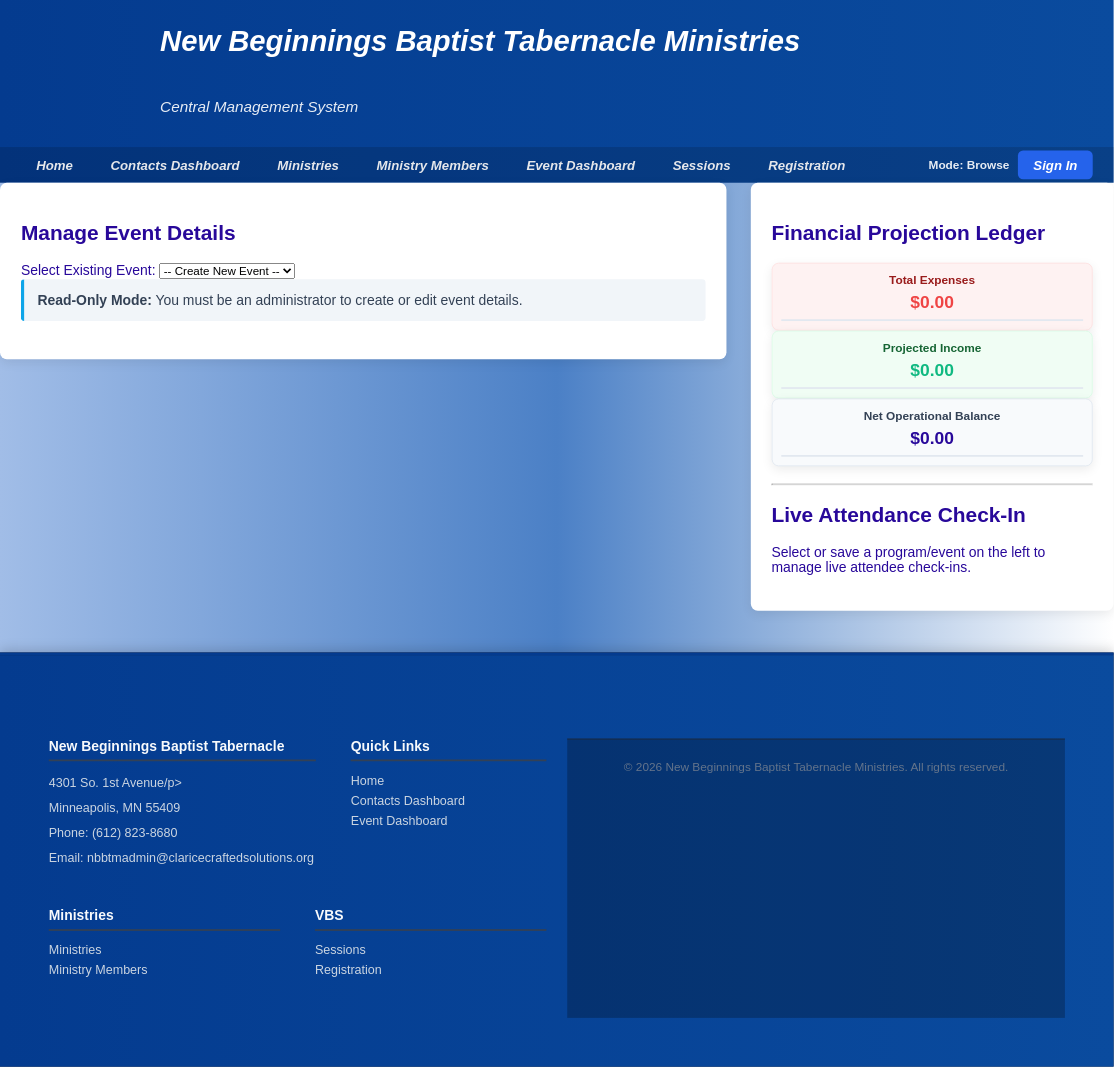
Repository: scherron56/nbbtm-central-cms
Page: http://localhost/events.php
The author's editor kept a copy of each file at every save. The page is drawn from the files as they stood at one save, then again after the next save.
The browser window is 1280 px wide. The pictures show the whole page, at 87% of full size.
Some web fonts or font styles are not loaded; a fallback is used. The page is run by PHP 8.4 with error messages shown; the project is at /var/www/html/. Queries for data that is not in the repository find no rows.

Above is the page before, as saved 2026-08-19 11:38:19.

### include/footer.php
<?php
// footer.php
require_once __DIR__ . '/auth.php';

$currentPage = basename($_SERVER['PHP_SELF']);
$currentYear = date('Y');
?>
<footer class="site-footer">
  <div class="footer-container">

    <!-- Top Row: Church Information & Navigation Columns Spanning Page -->
    <div class="footer-grid">

      <!-- Church Address & Info Column -->
      <div class="footer-col church-info-col">
        <h4>New Beginnings Baptist Tabernacle</h4>
        <address class="church-address">
          <p>4301 So. 1st Avenue/p>
          <p>Minneapolis, MN 55409</p>
          <p>Phone: (612) 823-8680</p>
          <p>Email: nbbtmadmin@claricecraftedsolutions.org</p>
        </address>
      </div>

      <?php if (isAdmin()): ?>
        <!-- Full Admin Navigation Columns -->
        <div class="footer-col">
          <h4>Navigation</h4>
          <ul>
            <li><a href="index.php" class="<?= in_array($currentPage, ['index.php', 'index1.php']) ? 'active' : '' ?>">Home</a></li>
            <li><a href="contacts.php" class="<?= ($currentPage === 'contacts.php') ? 'active' : '' ?>">New/Update Contacts</a></li>
            <li><a href="contact_dashboard.php" class="<?= ($currentPage === 'contact_dashboard.php') ? 'active' : '' ?>">Contact Dashboard</a></li>
          </ul>
        </div>

        <div class="footer-col">
          <h4>Ministries & Programs</h4>
          <ul>
            <li><a href="ministry_manager.php" class="<?= ($currentPage === 'ministry_manager.php') ? 'active' : '' ?>">Ministries</a></li>
            <li><a href="ministry_members.php" class="<?= ($currentPage === 'ministry_members.php') ? 'active' : '' ?>">Ministry Members</a></li>
            <li><a href="events.php" class="<?= ($currentPage === 'events.php') ? 'active' : '' ?>">Program / Event Updates</a></li>
            <li><a href="event_dashboard.php" class="<?= ($currentPage === 'event_dashboard.php') ? 'active' : '' ?>">Event Dashboard</a></li>
            <li><a href="event_registration.php" class="<?= ($currentPage === 'event_registration.php') ? 'active' : '' ?>">Event Registration</a></li>
            <li><a href="event_checkin.php" class="<?= ($currentPage === 'event_checkin.php') ? 'active' : '' ?>">Event Check-in</a></li>
          </ul>
        </div>

        <div class="footer-col">
          <h4>VBS</h4>
          <ul>
            <li><a href="vbs_sessions.php" class="<?= ($currentPage === 'vbs_sessions.php') ? 'active' : '' ?>">Sessions</a></li>
            <li><a href="vbs_roster.php" class="<?= ($currentPage === 'vbs_roster.php') ? 'active' : '' ?>">Registration</a></li>
            <li><a href="vbs_attendance.php" class="<?= ($currentPage === 'vbs_attendance.php') ? 'active' : '' ?>">Attendance</a></li>
          </ul>
        </div>

        <div class="footer-col admin-col">
          <h4>Admin</h4>

          <span class="footer-subheading">Emails</span>
          <ul>
            <li><a href="admin_mailer.php" class="<?= ($currentPage === 'admin_mailer.php') ? 'active' : '' ?>">Send Email(s) - Contacts</a></li>
            <li><a href="ministry_mailer.php" class="<?= ($currentPage === 'ministry_mailer.php') ? 'active' : '' ?>">Send Email(s) - Ministries & Committees</a></li>
          </ul>

          <span class="footer-subheading">Reports</span>
          <ul>
            <li><a href="reports.php" class="<?= ($currentPage === 'reports.php') ? 'active' : '' ?>">General Reports</a></li>
          </ul>

          <ul>
            <li><a href="user_management.php" class="<?= ($currentPage === 'user_management.php') ? 'active' : '' ?>">👥 User Management</a></li>
          </ul>
        </div>

      <?php else: ?>
        <!-- Non-Admin Navigation Columns -->
        <div class="footer-col">
          <h4>Quick Links</h4>
          <ul>
            <li><a href="index.php" class="<?= in_array($currentPage, ['index.php', 'index1.php']) ? 'active' : '' ?>">Home</a></li>
            <li><a href="contact_dashboard.php" class="<?= ($currentPage === 'contact_dashboard.php') ? 'active' : '' ?>">Contacts Dashboard</a></li>
            <li><a href="event_dashboard.php" class="<?= ($currentPage === 'event_dashboard.php') ? 'active' : '' ?>">Event Dashboard</a></li>
          </ul>
        </div>

        <div class="footer-col">
          <h4>Ministries</h4>
          <ul>
            <li><a href="ministry_manager.php" class="<?= ($currentPage === 'ministry_manager.php') ? 'active' : '' ?>">Ministries</a></li>
            <li><a href="ministry_members.php" class="<?= ($currentPage === 'ministry_members.php') ? 'active' : '' ?>">Ministry Members</a></li>
          </ul>
        </div>

        <div class="footer-col">
          <h4>VBS</h4>
          <ul>
            <li><a href="vbs_sessions.php" class="<?= ($currentPage === 'vbs_sessions.php') ? 'active' : '' ?>">Sessions</a></li>
            <li><a href="vbs_roster.php" class="<?= ($currentPage === 'vbs_roster.php') ? 'active' : '' ?>">Registration</a></li>
          </ul>
        </div>
      <?php endif; ?>

    </div>

    <!-- Bottom Copyright -->
    <div class="footer-bottom">
      <p>&copy; <?= $currentYear ?> New Beginnings Baptist Tabernacle Ministries. All rights reserved.</p>
    </div>

  </div>
</footer>

<style>
.site-footer {
  background-color: #0f172a;
  color: #94a3b8;
  padding: 3rem 2rem 1.5rem 2rem;
  margin-top: 3rem;
  border-top: 3px solid #043b8f;
  font-size: 0.9rem;
  width: 100%;
  box-sizing: border-box;
}

.footer-container {
  max-width: 1400px;
  width: 100%;
  margin: 0 auto;
}

.footer-grid {
  display: flex;
  justify-content: space-between;
  align-items: flex-start;
  flex-wrap: wrap;
  gap: 2.5rem;
  margin-bottom: 2.5rem;
}

.footer-col {
  flex: 1 1 180px;
  min-width: 160px;
}

.church-info-col {
  flex: 1.5 1 240px;
  min-width: 220px;
}

.footer-col h4 {
  color: #f8fafc;
  font-size: 1rem;
  margin-top: 0;
  margin-bottom: 0.85rem;
  border-bottom: 2px solid #334155;
  padding-bottom: 0.4rem;
}

.church-address {
  font-style: normal;
  line-height: 1.6;
  color: #cbd5e1;
}

.church-address p {
  margin: 0 0 0.35rem 0;
}

.footer-subheading {
  display: block;
  font-size: 0.8rem;
  text-transform: uppercase;
  letter-spacing: 0.05em;
  color: #f59e0b;
  font-weight: 600;
  margin-top: 0.85rem;
  margin-bottom: 0.3rem;
}

.footer-col ul {
  list-style: none;
  padding: 0;
  margin: 0 0 0.5rem 0;
}

.footer-col ul li {
  margin-bottom: 0.45rem;
}

.footer-col ul li a {
  color: #cbd5e1;
  text-decoration: none;
  transition: color 0.2s ease;
}

.footer-col ul li a:hover,
.footer-col ul li a.active {
  color: #60a5fa;
}

.footer-bottom {
  text-align: center;
  border-top: 1px solid #1e293b;
  padding-top: 1.5rem;
  font-size: 0.85rem;
  color: #64748b;
  width: 100%;
}
</style>

Loaded but not shown: assets/img/nbbtm-logo-white.svg (1 lines, source omitted); include/header.php (409 lines, source omitted); css/style.css (925 lines, source omitted); prg_event_api.php (324 lines, source omitted); include/auth.php (224 lines, source omitted); config/db.php (42 lines, source omitted); events.php (727 lines, source omitted)

After the next save:
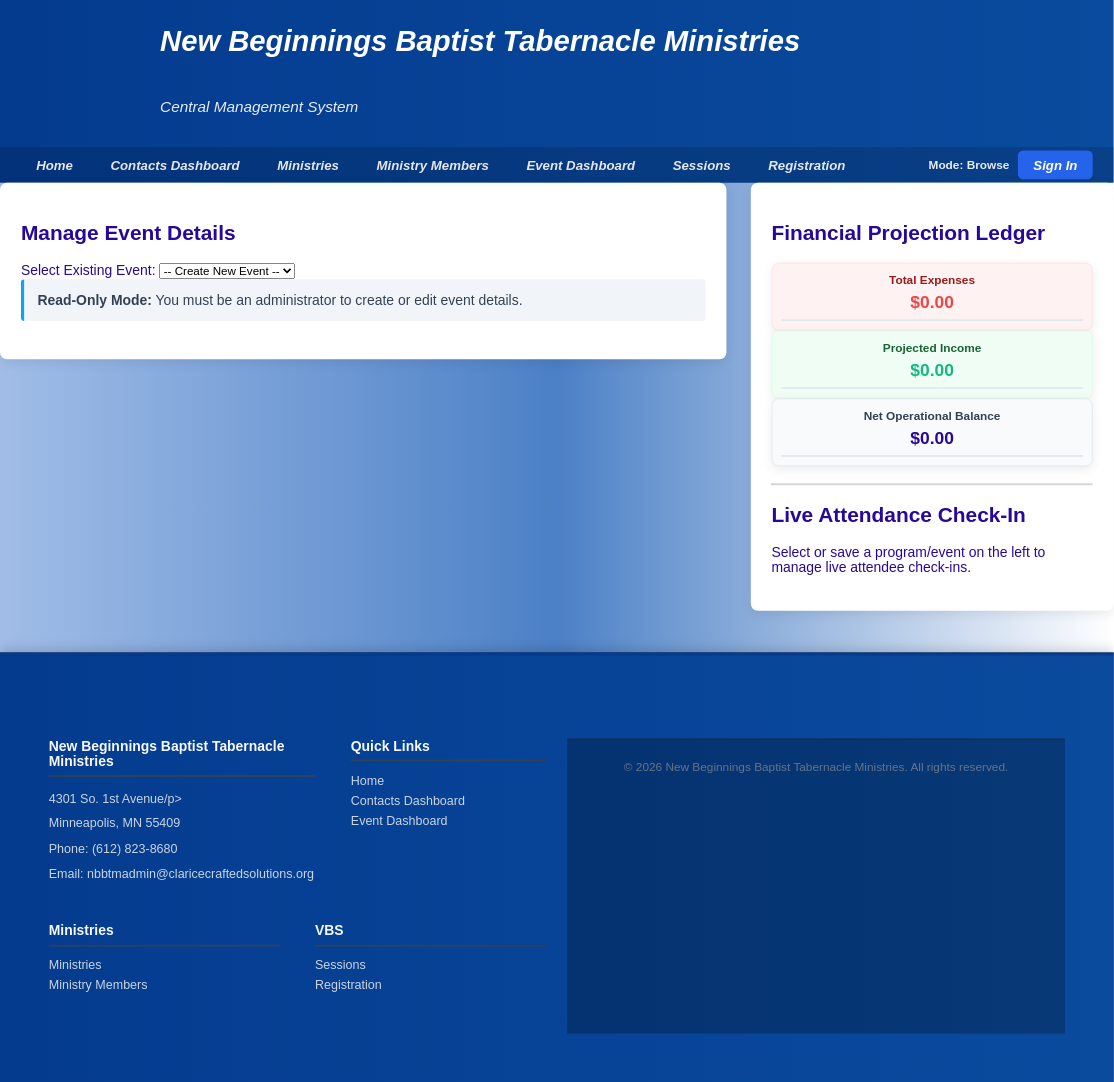
Saved 7 s later.
--- a/include/footer.php
+++ b/include/footer.php
@@ -13,7 +13,7 @@ $currentYear = date('Y');
 
       <!-- Church Address & Info Column -->
       <div class="footer-col church-info-col">
-        <h4>New Beginnings Baptist Tabernacle</h4>
+        <h4>New Beginnings Baptist Tabernacle Ministries</h4>
         <address class="church-address">
           <p>4301 So. 1st Avenue/p>
           <p>Minneapolis, MN 55409</p>
